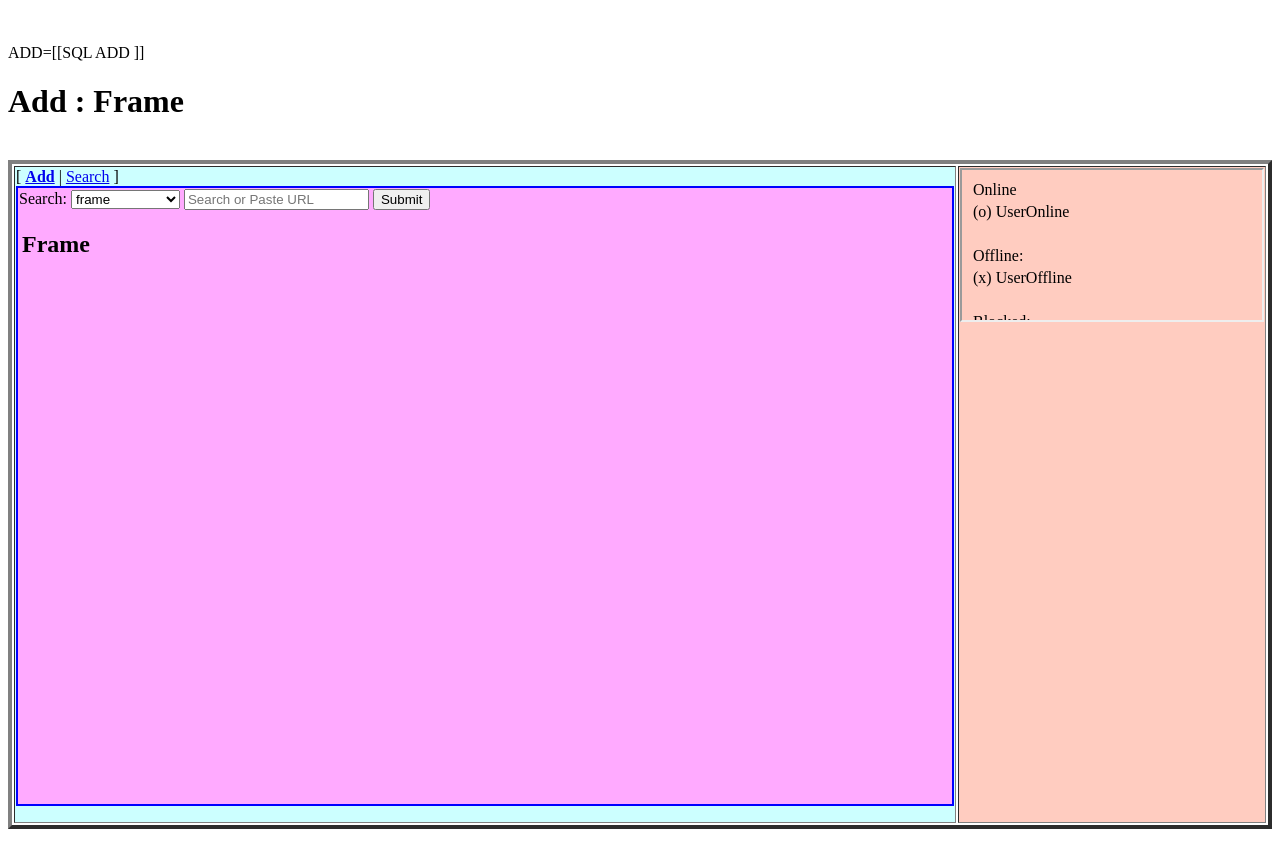
Repository: nevinleiby/SwapRC
Page: http://localhost/add_interface.php
An editor plug-in stored every save of this project. The page is shown before and after the next save, followed by the edit.
The browser window is 1280 px wide. The pictures show the whole page.
The page is run by PHP 8.4 with error messages shown; the project is at /var/www/html/. Queries for data that is not in the repository find no rows.

Above is the page before, as saved 2019-09-09 14:41:01.
Console error (its wording comes from the project's code and is left out).

After the next save:
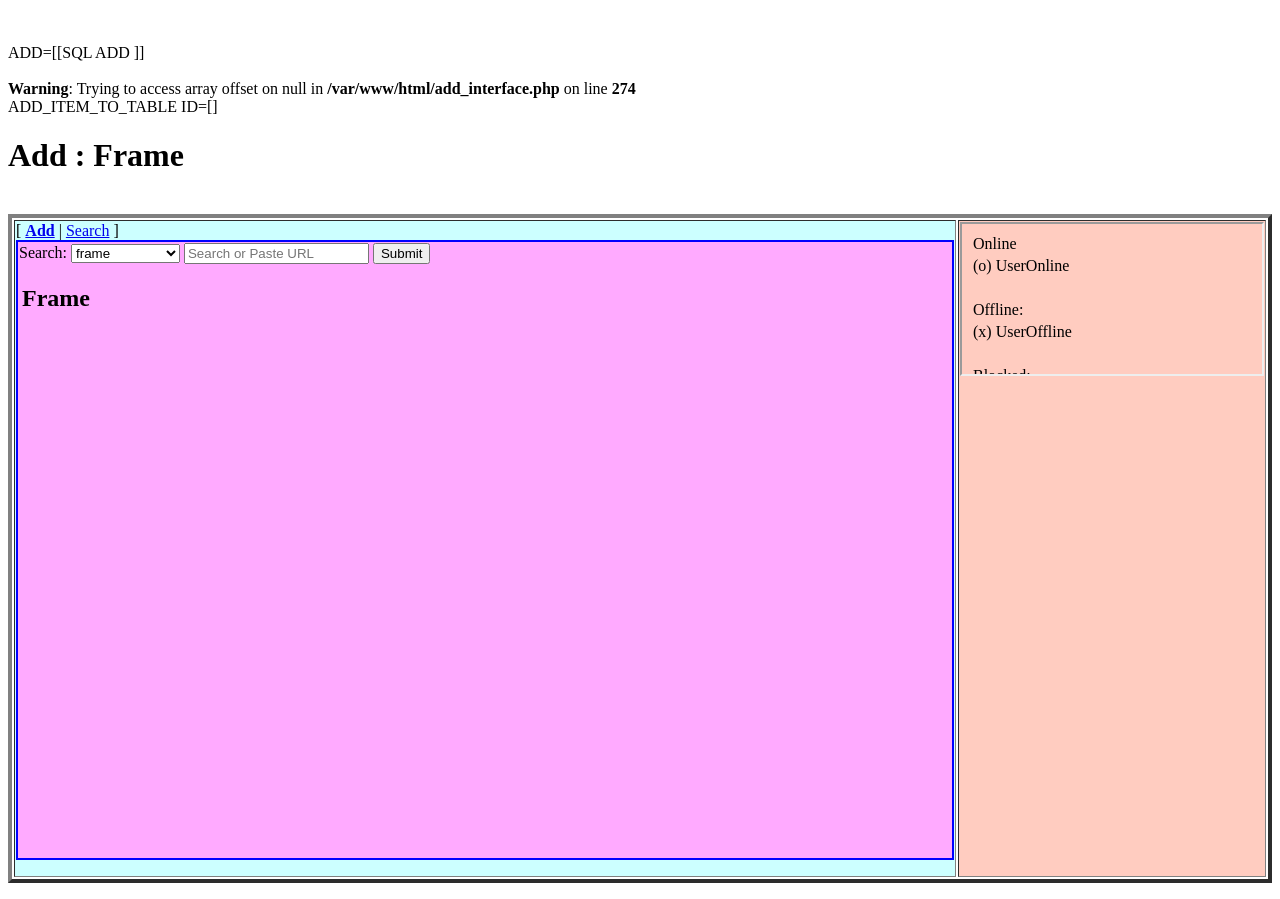
Saved 76 s later.
--- a/add_interface.php
+++ b/add_interface.php
@@ -271,6 +271,8 @@
 
     echo "\n<br><br>ADD=[[" . q_add_item_to_table($table_name, $categories, $row_add_array) . "]]<br>\n";
 
+    echo 'ADD_ITEM_TO_TABLE  ID=[' . $row_add_array['id'] . ']<br>';
+
 
 
     $result->close();
